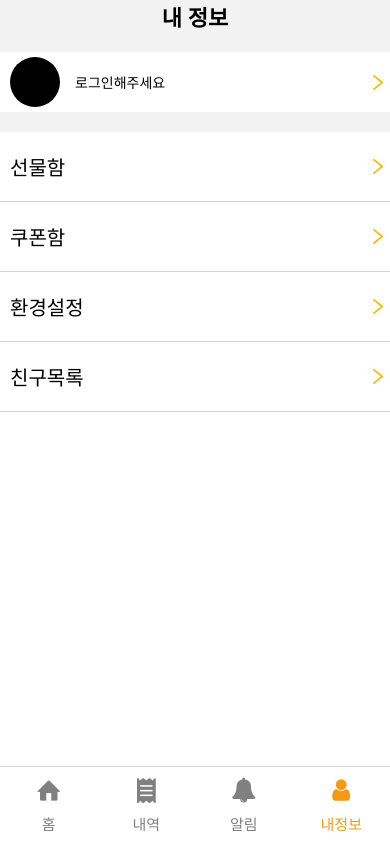
Repository: Unique0902/GachiDutch
Screen: /User
These files come from the project's save history. The screen is drawn as it stood at one moment and after the next save; the edit follows.
The app was drawn by React Native's web renderer in a window 390 px wide. The project was rebuilt for these pictures with package versions that can differ from the ones it lists, and the page was loaded fresh each time. Some packages were replaced by stand-ins written for this rebuild. Also part of the build but not shown: sources/components/lowBar/lowBar.jsx, sources/components/taxi/taxi.jsx, sources/components/alarm/alert.js, sources/components/alarm/alarm.jsx, sources/components/dutch_history/dutch_history.jsx, sources/components/dutchpay_historys/dutchpay_historys.jsx, sources/components/delivery_historys/delivery_historys.jsx, sources/components/taxi_historys/taxi_historys.jsx and 3 more.

Above is the screen before, as saved 2022-11-11 17:00:20.

After the next save:
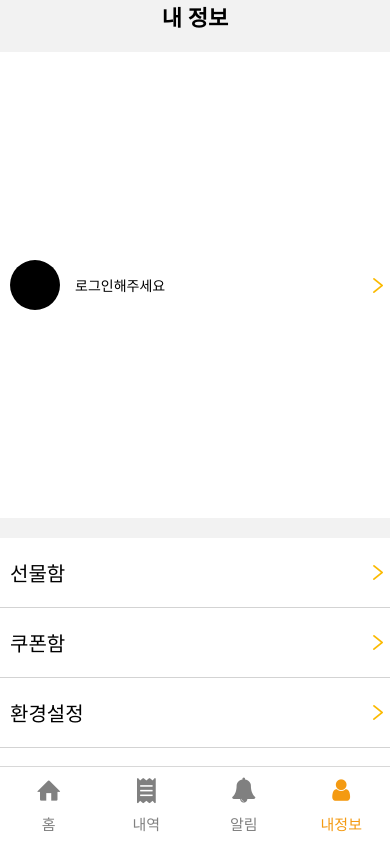
Saved 26 s later.
--- a/sources/components/user/user.jsx
+++ b/sources/components/user/user.jsx
@@ -39,25 +39,24 @@ export default function User({
       <View>
         <Text style={[styles.header, headerStyle]}>내 정보</Text>
       </View>
-      <View>
-        <Pressable style={styles.profileBtn}>
-          <Pressable onPress={onProfilePress}>
-            <Image style={styles.profileImage} />
-          </Pressable>
-          <View style={styles.profileName}>
-            {login ? (
-              <>
-                <Text style={styles.nameText}>{userData && userData.name}</Text>
-              </>
-            ) : (
-              <>
-                <Text>로그인해주세요</Text>
-              </>
-            )}
-          </View>
-          <AntDesign style={styles.enter} name='right' size={20} />
+      <Pressable style={styles.profileBtn}>
+        <Pressable onPress={onProfilePress}>
+          <Image style={styles.profileImage} />
         </Pressable>
-        {/* <Pressable
+        <View style={styles.profileName}>
+          {login ? (
+            <>
+              <Text style={styles.nameText}>{userData && userData.name}</Text>
+            </>
+          ) : (
+            <>
+              <Text>로그인해주세요</Text>
+            </>
+          )}
+        </View>
+        <AntDesign style={styles.enter} name='right' size={20} />
+      </Pressable>
+      {/* <Pressable
           style={{
             flexDirection: 'column',
             alignItems: 'flex-end',
@@ -70,7 +69,6 @@ export default function User({
             <AntDesign name='right' size={24} color='black' />
           </View>
         </Pressable> */}
-      </View>
 
       <ScrollView style={styles.menus}>
         {/* <Pressable style={styles.enterMenu}>
